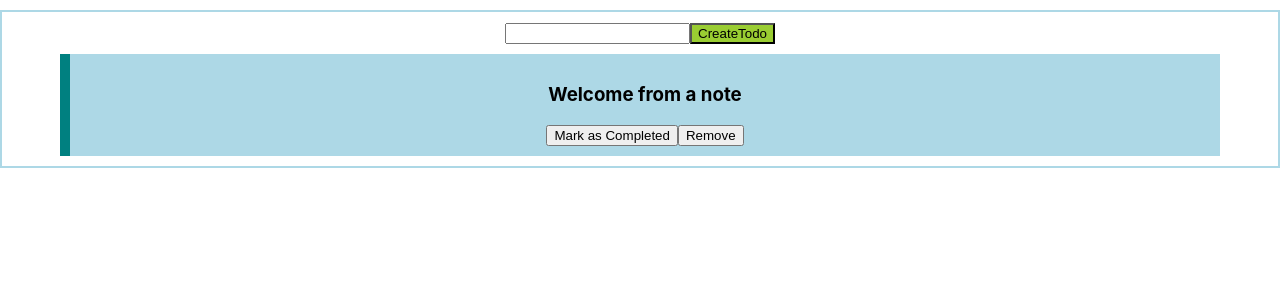
Repository: CaptainStorm21/react-ecosystem-course
Page: /
The author's editor kept a copy of each file at every save. The page is drawn from the files as they stood at one save, then again after the next save.
The browser window is 1280 px wide. The pictures show the whole page.
The project was rebuilt for these pictures with package versions that can differ from the ones it lists, and the page was loaded fresh each time.

Above is the page before, as saved 2020-05-30 17:43:07.

### src/App.js
import React from 'react';
import './App.css';
import TodoList from './todos/TodoList'

function App() {
  return (
    <div className="App">
      <TodoList/>
    </div>
  );
}

export default App;

### src/todos/TodoList.js
import React from 'react';
import NewTodoForm from './NewTodoForm';
import TodoListItem from './TodoListItem';
import './TodoList.css';


const TodoList = ({ todos = [{ text: "Welcome from a note" }] }) => (
    <div className="list-wrapper">
        <NewTodoForm/>
        {todos.map(todo => <TodoListItem todo={todo} />)}
    </div>
)

export default TodoList;

### src/todos/NewTodoForm.js
import React, { useState } from 'react';
import './NewTodoForm.css';

const NewTodoForm = () => {
    const [inputValue, setInputValue] = useState(' ');
   return (
        <div className="new-todo-form">
           <input className="new-todo-input"
               type="text"
               value={inputValue}
               onChange = { e => setInputValue (e.target.value)}
           />
            <button className="newTodo">CreateTodo</button>
        </div>
    );
};
export default NewTodoForm;

### src/todos/TodoListItem.js
import React from "react";

const TodoListItem = ({ todo }) => (
  <div className="todo-item-container">
    <h3>{todo.text}</h3>
    <div className="button -container">
      <button className="completed-button"> Mark as Completed</button>
      <button className="remove-button"> Remove</button>
    </div>
  </div>
);

export default TodoListItem;

### src/todos/TodoList.css
.list-wrapper{
    border: 2px solid lightblue;
    padding: 10px;
    margin-top: 10px;
}

### src/todos/NewTodoForm.css
.todo-item-container{
    width: 90%;
    margin: 0 auto;
    padding: 10px;
    border-left: 10px solid teal;
    background-color: lightblue;
    margin-top: 10px;
}

.newTodo{
    background-color: yellowgreen;
    width:
}

Loaded but not shown: public/index.html (common file); src/index.js (common file); src/index.css (common file); src/serviceWorker.js (common file); src/App.css (common file)

After the next save:
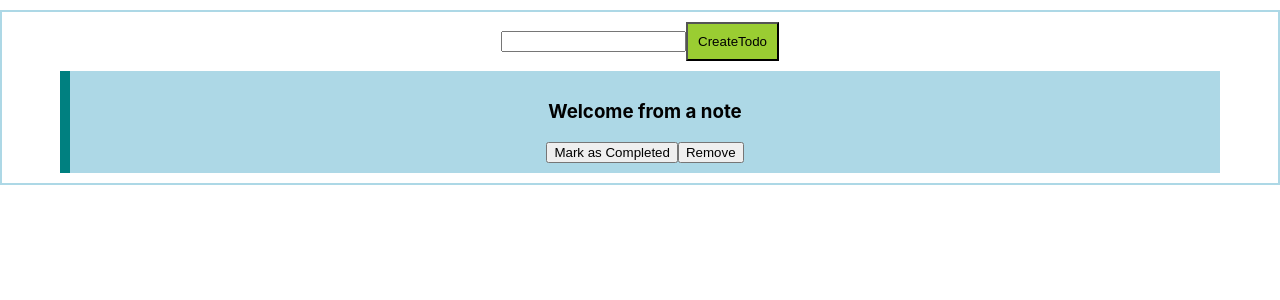
Saved 7 s later.
--- a/src/todos/NewTodoForm.css
+++ b/src/todos/NewTodoForm.css
@@ -9,5 +9,6 @@
 
 .newTodo{
     background-color: yellowgreen;
-    width:
+    padding: 10px;
+
 }
